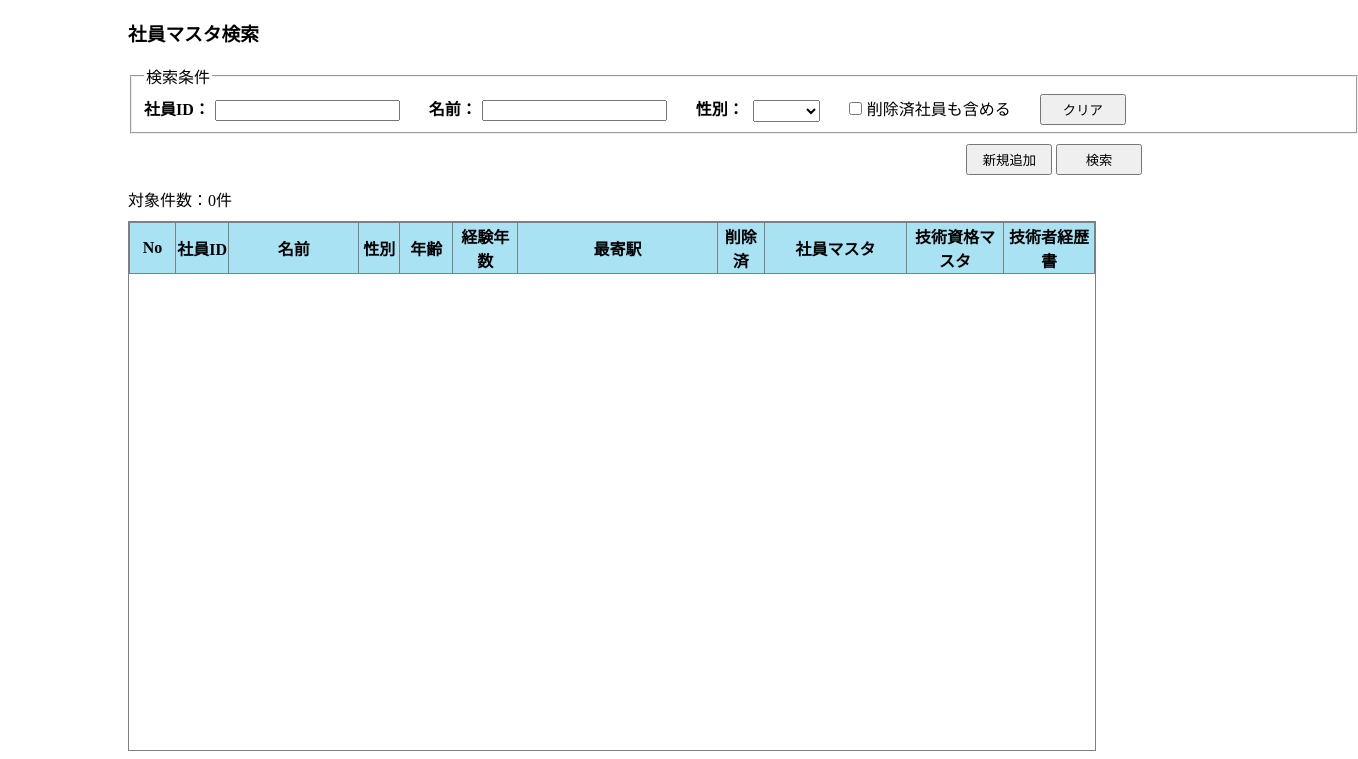
Repository: nguyenvantandev/WebApp
Page: http://localhost/EmployeeInfoSystem/
These files come from the project's save history. The page is drawn as it stood at one moment and after the next save; the edit follows.
The browser window is 1280 px wide. The page is 1358 px wide, so the pictures cover 1358 px, including what lies to the right of the window. The pictures show the whole page.
Some web libraries are served in a nearby version. The page is served by Tomcat 9. The template is opened directly, without the code that normally fills it, so the values that code supplies are empty.

Above is the page before, as saved 2016-05-31 02:02:10.
Console error: TypeError: Cannot read properties of null (reading 'value')

After the next save:
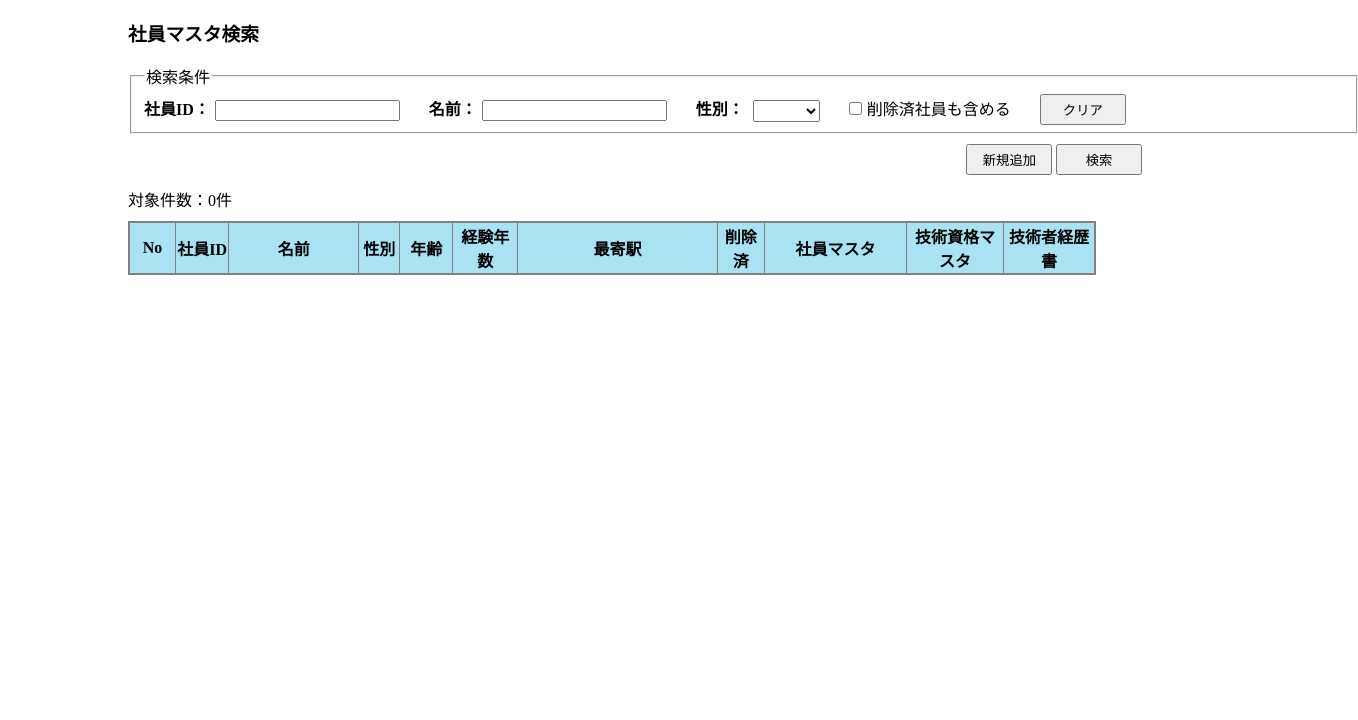
Saved 85 s later.
--- a/EmployeeInfoSystem/WebContent/css/EmployeeSearch.css
+++ b/EmployeeInfoSystem/WebContent/css/EmployeeSearch.css
@@ -68,7 +68,7 @@ td {
     border-bottom-style: dashed;
 }
 
-tbody, thead {
+/* tbody, thead {
 
 	display: block;
 }
@@ -76,7 +76,7 @@ tbody {
   overflow-y:scroll;
   height:476px;
 
-}
+} */
 #ShainMaster{
     height: 30px;
     width: 90px;

After the save that followed:
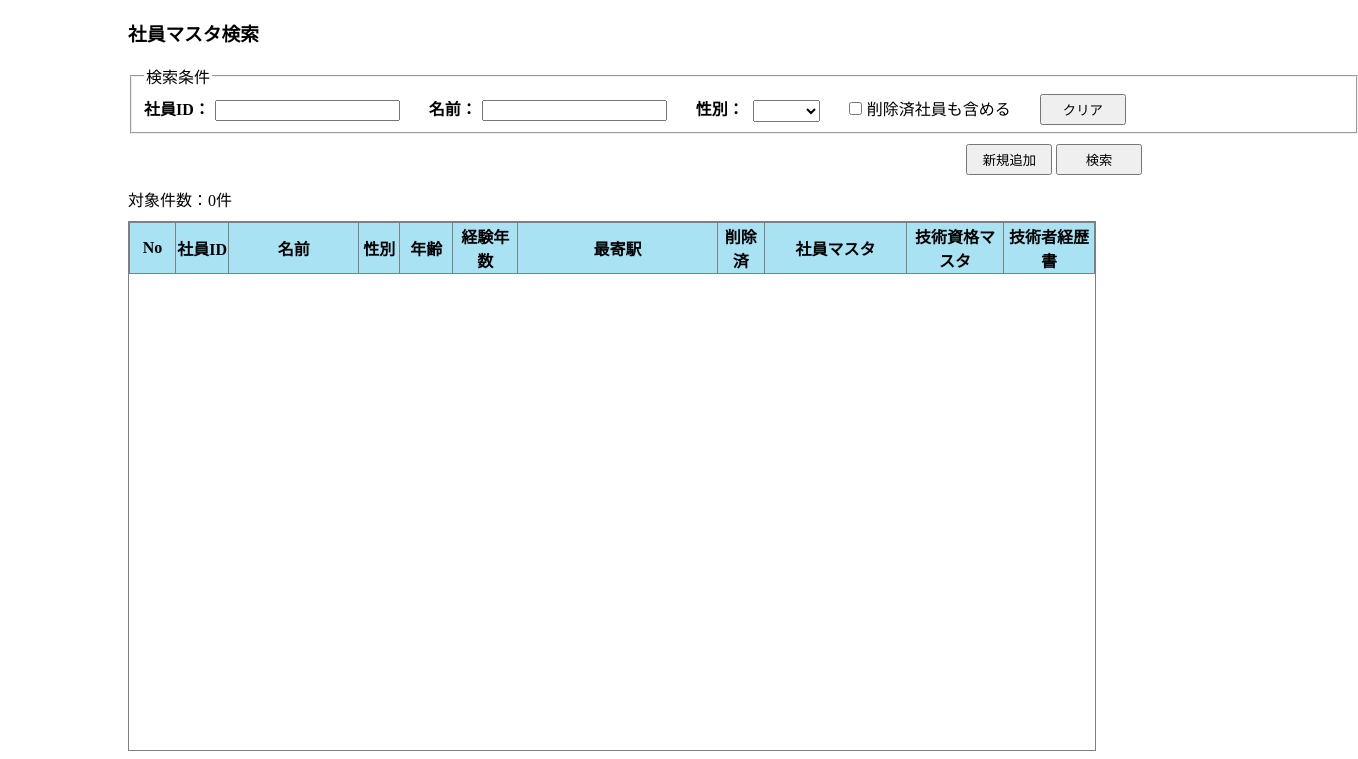
Saved 39 s later.
--- a/EmployeeInfoSystem/WebContent/EmployeeSearch.jsp
+++ b/EmployeeInfoSystem/WebContent/EmployeeSearch.jsp
@@ -65,7 +65,7 @@
 							<th style="width: 110px" align="center">技術者経歴書</th>
 						</tr>
 					</thead>
-					<tbody>
+					<tbody style="display:block;  overflow-y:scroll; height:476px;">
 					<c:forEach var="row" items="${memberList}">
 							<tr>
 								<td style="width: 50px" align="center"><c:out value="${row.num}"/></td>
